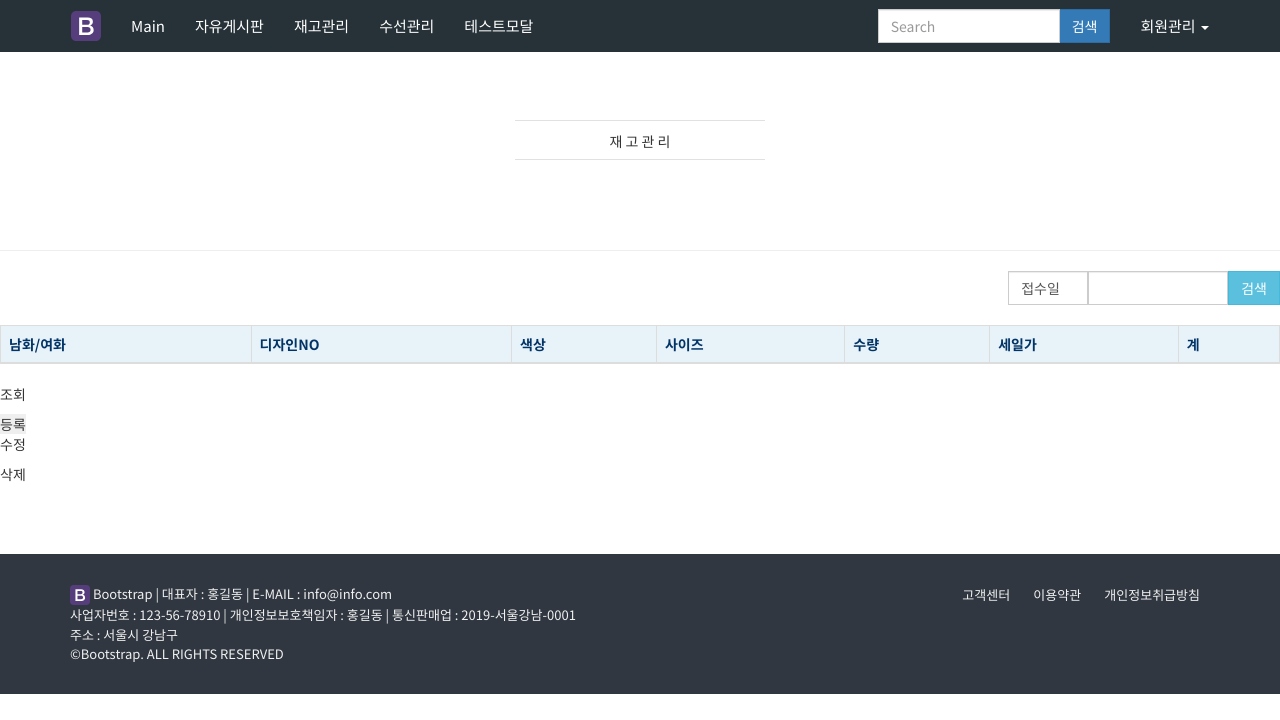
Repository: RattenLegs/Project_Inventory
Page: http://localhost/Project_Inventory/WEB-INF/views/inventoryboard/inventoryList.jsp
The author's editor kept a copy of each file at every save. The page is drawn from the files as they stood at one save, then again after the next save.
The browser window is 1280 px wide. The pictures show the whole page.
Some web libraries are served in a nearby version. The page is served by Tomcat 9. Nobody is signed in. Other server files are loaded and not shown. The template is opened directly, without the code that normally fills it, so the values that code supplies are empty.

Above is the page before, as saved 2023-02-12 14:49:00.

### Project_Inventory/src/main/webapp/WEB-INF/views/inventoryboard/inventoryList.jsp
<%@ page language="java" contentType="text/html; charset=UTF-8"
	pageEncoding="UTF-8"%>
	<%@ taglib uri="http://java.sun.com/jsp/jstl/core" prefix="c" %>
<%@ taglib uri="http://java.sun.com/jsp/jstl/fmt" prefix="fmt" %>

<%@ include file="../../views/include/header.jsp"%>
<title>재고관리 시스템입니다.</title>

<link
	href="${pageContext.request.contextPath}/resources/modal/modal.css"
	rel="stylesheet">

	<section>
		<div class="container-fluid">
			<div class="row">
				<!--lg에서 9그리드, xs에서 전체그리드-->
				<div class="col-lg-9 col-xs-12 board-table">
					<div class="titlebox">
						<p>재 고 관 리</p>
					</div>
				</div>
			</div>
		</div>
		<hr>
		<%@ include file="../../views/repairboard/repairSearchForm.jsp"%>

			<table class="table table-bordered">
				<thead>
					<tr>
						<th>남화/여화</th>
						<th>디자인NO</th>
						<th>색상</th>
						<th>사이즈</th>
						<th>수량</th>
						<th>세일가</th>
						<th>계</th>
					</tr>
				</thead>

				<tbody>
				</tbody>

				<tfoot>
				</tfoot>

			</table>


		<div>
			<p>조회</p>
			<button id="modalOpen">등록</button>
			<p>수정</p>
			<p>삭제</p>
		</div>

		<%@ include file="../../views/inventoryboard/inventoryModalForm.jsp"%>
	</section>
	<%@ include file="../../views/include/footer.jsp"%>

<script
	src="${pageContext.request.contextPath}/resources/modal/modal.js"></script>
</html>

### Project_Inventory/src/main/webapp/WEB-INF/views/include/header.jsp
<%@ page language="java" contentType="text/html; charset=UTF-8"
	pageEncoding="UTF-8"%>
<%@ taglib uri="http://java.sun.com/jsp/jstl/core" prefix="c"%>

<!DOCTYPE html>
<html>
<head>

<meta charset="utf-8">
<meta http-equiv="X-UA-Compatible" content="IE=edge">
<meta name="viewport" content="width=device-width, initial-scale=1">

<!--
		${pageContext.request.contextPath} == <c:url value='' />
	 -->

<link
	href="${pageContext.request.contextPath}/resources/css/bootstrap.css"
	rel="stylesheet">
<script
	src="https://ajax.googleapis.com/ajax/libs/jquery/1.11.2/jquery.min.js"></script>
<!--개인 디자인 추가-->
<link href="${pageContext.request.contextPath}/resources/css/style.css"
	rel="stylesheet">
<script
	src="${pageContext.request.contextPath}/resources/js/bootstrap.js"></script>
</head>


<body>
	<header>
		<div class="container-fluid">
			<div class="row">
				<div class="container">
					<div class="navbar">
						<div class="navbar-header">
							<!--data-toggle 같은 것들은 내부적으로 지원하는 반응형 API기능이므로 지우면 안됩니다-->
							<button type="button" class="navbar-toggle"
								data-toggle="collapse" data-target="#myNavbar">
								<span class="icon-bar"></span> <span class="icon-bar"></span> <span
									class="icon-bar"></span>
							</button>
							<a class="navbar-brand" href="#"><img width="30"
								src="${pageContext.request.contextPath }/resources/img/logo.svg"
								alt="Brand"></a>
						</div>


						<div class="collapse navbar-collapse" id="myNavbar">
							<ul class="nav navbar-nav">
								<li class="active"><a href="<c:url value='/' />">Main</a></li>
								<li><a href="<c:url value='/freeboard/freeList' />">자유게시판</a></li>
								<li><a
									href="<c:url value='/inventoryboard/inventoryList' />">재고관리</a></li>
								<li><a href="<c:url value='/repairboard/repairList' />">수선관리</a></li>
								<li><a href="<c:url value='/testModal/testModalMain' />">테스트모달</a></li>
								<!--
				<li><a href="#">강의</a></li>
                                <li><a href="#">Form</a></li>
                                <li><a href="#">Board</a></li>
 				-->

							</ul>
							<ul class="nav navbar-nav navbar-right">
								<li class="dropdown"><a class="dropdown-toggle"
									data-toggle="dropdown" href="#">회원관리 <span class="caret"></span></a>
									<ul class="dropdown-menu">
										<li><a href="<c:url value='/user/userLogin' />"><span
												class="glyphicon glyphicon-log-in"></span>Login</a></li>
										<li><a href="<c:url value='/user/userJoin' />"><span
												class="glyphicon glyphicon-user"></span></a></li>
										<!--                                         <li><a href="#"><span class="glyphicon glyphicon-user"></span>MyPage</a></li> -->
										<li><a href="#"><span
												class="glyphicon glyphicon-log-out"></span>Logout</a></li>
									</ul></li>
							</ul>

							<form class="navbar-form navbar-right" action="">
								<div class="input-group">
									<input type="text" class="form-control" placeholder="Search">
									<div class="input-group-btn">

										<button class="btn btn-primary" type="submit">검색</button>
									</div>
								</div>
							</form>
						</div>
					</div>
				</div>
			</div>
		</div>
	</header>

### Project_Inventory/src/main/webapp/WEB-INF/views/repairboard/repairSearchForm.jsp
<%@ page language="java" contentType="text/html; charset=UTF-8"
    pageEncoding="UTF-8"%>


		<!-- form을 가져온다 -->
		<form action="<c:url value='/repairboard/repairList' />">
			<div class="search-wrap">
				<button type="submit" class="btn btn-info search-btn">검색</button>
				<input type="text" name="keyword" class="form-control search-input"
					value="${pc.paging.keyword}"> <select
					class="form-control search-select" name="condition">
					<option value="title"
						${pc.paging.condition == 'title' ? 'selected' : ''}>접수일</option>
					<option value="content"
						${pc.paging.condition == 'content' ? 'selected' : ''}>이름</option>
					<option value="writer"
						${pc.paging.condition == 'writer' ? 'selected' : ''}>연락처</option>
					<option value="titleContent"
						${pc.paging.condition == 'titleContent' ? 'selected' : ''}>디자인</option>
					<option value="titleContent"
						${pc.paging.condition == 'titleContent' ? 'selected' : ''}>내용</option>
					<option value="titleContent"
						${pc.paging.condition == 'titleContent' ? 'selected' : ''}>약속일</option>
					<option value="titleContent"
						${pc.paging.condition == 'titleContent' ? 'selected' : ''}>매장재고일</option>
					<option value="titleContent"
						${pc.paging.condition == 'titleContent' ? 'selected' : ''}>납품일</option>
				</select>
			</div>
		</form>

### Project_Inventory/src/main/webapp/WEB-INF/views/inventoryboard/inventoryModalForm.jsp
<%@ page language="java" contentType="text/html; charset=UTF-8"
    pageEncoding="UTF-8"%>


		<div class="background">
			<div class="window">
				<div class="modalyes">
					<form action="/inventoryboard/addInventoryCheck" method="post">
						<fieldset>
							<legend>등록 양식</legend>
							<p>
								<input type="checkbox" name="shoeGender" value="남화"> 남화
								&nbsp; <input type="checkbox" name="shoeGender" value="여화">
								여화 &nbsp; <br> # 디자인NO <input type="text" name="design"
									size="10"> <br> # 색상 <input type="text"
									name="color" size="10"> <br> # 사이즈 <input
									type="text" name="size" size="10"> <br> # 수량 <input
									type="text" name="num" size="10"> <br> # 세일가 <input
									type="text" name="price" size="10"> <br> # 계 <input
									type="text" name="sum" size="10"> <br> <input
									type="submit" value="확인">
							</p>
						</fieldset>

					</form>

					<button id="modalClose">모달 닫기</button>
				</div>
			</div>
		</div>

### Project_Inventory/src/main/webapp/WEB-INF/views/include/footer.jsp
<%@ page language="java" contentType="text/html; charset=UTF-8"
    pageEncoding="UTF-8"%>
    <footer>
        <div class="container">
            <div class="row">
                <div class="col-md-7 col-sm-12">
                    <div class="copyright">
                        <a href="">
                            <img width="20" src="${pageContext.request.contextPath }/resources/img/logo.svg" alt="Brand">
                        </a>
                        Bootstrap | 대표자 : 홍길동 | E-MAIL : info&#64;info.com<br>
                        사업자번호 : 123-56-78910 | 개인정보보호책임자 : 홍길동 | 통신판매업 : 2019-서울강남-0001<br>
                        주소 : 서울시 강남구
                        <address>&copy;Bootstrap. ALL RIGHTS RESERVED</address>
                    </div>
                </div>
                <div class="col-md-5 col-sm-12 text-right">
                    <ul class="footer-menu">
                        <li><a href="#">고객센터</a></li>
                        <li><a href="#">이용약관</a></li>
                        <li><a href="#">개인정보취급방침</a></li>
                    </ul>
                </div>
            </div>
        </div>
    </footer>
    <!-- //footer -->

### Project_Inventory/src/main/webapp/resources/css/style.css
/*=========웹폰트 선언=========*/
@import
	url('https://fonts.googleapis.com/css?family=Noto+Sans+KR&display=swap')
	;
/*===========================*/

/*디자인 시작시 기본 선언*/
* { /* 기본선언: 마딩, 패딩 0, 요소크기에 padding, border값을 포함 x*/
	padding: 0;
	margin: 0;
	box-sizing: border-box;
}

body, html {
	width: 100%;
	min-width: 320px;
	font-family: 'Noto Sans KR', sans-serif; /*웹폰트 사용*/
}

img {
	max-width: 100%; /*사이즈가 변해도 넓이를 유지 */
	height: auto; /*사이즈가 변해도 높이를 유지 */
	/*vertical-align: top;*/
}

input, textarea, button, select {
	/*고유하게 적용되어있는 form관련 요소들을 제거해서 여러브라우저에서 동일한디자인을 얻게함*/
	-webkit-appearance: none;
	-moz-appearance: none;
	appearance: none;
	border: none
}

ul, ol, dl, li {
	list-style: none /*순서 요소들이 리스트스타일을 업앤다 */
}

.btn {
	border-radius: 0px;
}

/*=========헤더=========*/
.carousel-control.right, .carousel-control.left {
	background-image: linear-gradient(to right, rgba(0, 0, 0, .0001) 0%,
		rgba(0, 0, 0, 0) 100%)
}
header {
	position: fixed;
	left: 0;
	top: 0;
	width: 100%;
	z-index: 50; /*position을 이용하면 요소가 겹쳐질 수 있다. 숫자가 제일 높은값이 위로 떠오른다*/
}
header {
	background: #263238;
}

section {
	margin-top: 50px;
}

/*header 의 모든 컨테이너 클래스에 적용함 */
header .container {
	padding: 0;
}
/*navbar의 margin: 0으로 */
.navbar {
	margin-bottom: 0px;
}
/*이미지 위치 조정 */
.navbar-brand {
	padding: 10px 15px;
}
/*nav의 a변경*/
.nav>li>a {
	font-size: 15px;
	color: white;
}
/*na의 a 호버시 기능 변경 */
.nav>li>a:hover, .nav>li>a:focus {
	background-color: #304047;
}

/* 토글메뉴 윤곽색 변경 */
.navbar-toggle {
	border-color: white;
}

.navbar-toggle>.icon-bar {
	background-color: white;
}
/*개발자도구에서 확인후 색깔변경*/
.nav .open>a:focus {
	background-color: #304047;
}
/*부트스트랩의 드롭다운시 a태그 색상변경  */
.dropdown-menu>li>a {
	color: #f5f5f5;
}
/*======슬라이더=======*/
.slide-list {
	padding: 0;
}
/* ===================================
    Footer style
====================================== */
footer {
	margin-top: 70px;
	background-color: #303740;
	padding: 30px 0;
}

footer .copyright {
	font-size: 13px;
	line-height: 20px;
	color: #f1f1f1;
}

footer .copyright address {
	margin-bottom: 0;
}

footer .footer-menu li {
	display: inline-block;
	padding: 0 10px;
}

footer .footer-menu li a {
	display: block;
	color: #f1f1f1;
	font-size: 13px;
}

/*===========본문=========== */
/*섹션전체에 패딩 추가*/
section {
	/*위 60px 나머지 0 */

}

.prod-list, .prod-link {
	border: 1px solid #ddd; /*윤곽 1, 한줄, 색상 */
	display: block; /* 블락요소로 변경 반드시 필요 */
	text-align: center; /*이미지 가운데 정렬*/
	/* position: relative;*/
}
/*기본 부트설정은 좌우 15px임 -> col에 대해 전부 5px로 바꿔버린다*/
.prod-list, .prod-list>li[class*="col-"] {
	padding: 5px;
}

/*호버기능 추가*/
.prod-link:hover {
	border-color: #4285F4;
}

.prod-link>.arrow {
	display: block; /*span은 인라인 요소입니다 인라인요소는 position속성을 사용할수 없습니다*/
	position: absolute;
	/*원래 위치에서 따로 띠어내어 부모위치로 조정한다 width, heigth를 필수로 지정해야한다*/
	left: 15px; /*좌우 위치조정 left, right 중 한개만쓴다*/
	bottom: 15px; /*위아래 위치조정 top, bottom 중한개만 쓴다 */
	width: 36px; /* 넓이값 조정 */
	height: 36px; /* 높이값 조정*/
	line-height: 36px; /*텍스트가 위치에 맞게 높이와 동일하게 설정 */
	background-color: #ccc;
	color: #fff;
	opacity: 1; /*투명도*/
}
/* .hover클래스의 넓이 색상 투명도*/
.prod-link>.hover {
	width: 100px;
	background-color: #4285F4;
	opacity: 0;
}
/*link호버시 arrow클래스를 투명도 0*/
.prod-link:hover>.arrow {
	opacity: 0;
}
/*link호버시 hover클래스를 투명도 1*/
.prod-link:hover>.hover {
	opacity: 1;
}

/*========회원가입 폼 디자인=========*/
/*제목박스(계속사용) */
.titlebox {
	width: 250px;
	text-align: center;
	height: 40px;
	line-height: 40px;
	margin: 70px auto;
	border-top: 1px solid #E1E1E1;
	border-bottom: 1px solid #E1E1E1;
}

.join-form {
	margin: 0 auto;
	/*가운대 정렬방법 하지만 적용되지 않는다. 이유는 col클래스들이 float:left를 들고 있기 때문*/
	float: none; /*플롯을 해제한다. 가운대정렬이 들어간다*/
}
/*조인폼클래스의 form태그의 접근 */
.join-form form {
	border-radius: 8px; /*윤곽 8*/
	padding: 15px; /*모든 패딩 15*/
	/*박스 쉐도우: 그림자가 가로로떨어진간격, 세로로떨어진 간격, 흐릿정도, 그림자색상*/
	box-shadow: 0px 8px 16px rgba(0, 0, 0, 0.15)
}

.input-group-addon {
	padding: 0;
	border: none; /*윤곽 모두 0*/
	border-radius: 0;
}
/*폼컨트롤, 인풋그룹 내부에 모든 버튼 라디우스 0 */
.form-control, .form-group .btn {
	border-radius: 0;
}
/*포커스시 윤곽 색 변경*/
.form-control:focus {
	border-color: #555;
}
/* 핸드폰폼 디자인 */
.input-group .phone1 {
	width: 33.3333%;
}

.input-group .phone2 {
	width: 66.6666%;
}
/*이메일폼 디자인 */
.email-form {
	box-sizing: border-box;
	overflow: hidden;
}

.email-form input {
	width: 33.33%;
	float: left;
}

.email-form select {
	width: 66.66%;
	float: left;
}
/*=========로그인 디자인==========*/
.login-form {
	margin: 0 auto;
	float: none;
}

.login-form form {
	border-radius: 8px; /*윤곽 8*/
	padding: 70px 120px; /*위아래, 좌우*/
	/*박스 쉐도우: 그림자가 가로로떨어진간격, 세로로떨어진 간격, 흐릿정도, 그림자색상*/
	box-shadow: 0px 8px 16px rgba(0, 0, 0, 0.15);
	margin-bottom: 174px; /*화면에 딱맞게 밀어준다*/
}

/*========회원정보 디자인=========*/
.m-control .m-title {
	min-width: 100px; /*화면줄었을때 최소크기*/
	vertical-align: middle; /*가운대 정렬*/
}

.m-control .form-control {
	width: 200px;
	display: inline; /*인라인요소로 변경한다*/
}
/*개발자 도구에서 input-sm의 정렬을 푼다*/
.m-control .input-sm {
	height: auto;
	line-height: normal;
}
/*sel의 크기만 지정*/
.m-control  .sel {
	width: 80px;
}

.m-control .add {
	width: 400px;
}

.titlefoot {
	text-align: center; /*인라인의 텍스트정렬 가운데*/
	margin: 30px auto; /*박스의 가운데정렬*/
	width: 50%; /*크기 50%*/
}

/*==========자게 디자인==========*/
.titlebox {
	width: 250px;
	text-align: center;
	height: 40px;
	line-height: 40px;
	margin: 70px auto;
	border-top: 1px solid #E1E1E1;
	border-bottom: 1px solid #E1E1E1;
}
/*자게 그리드*/
.board-table {
	float: none; /*col의 플로팅 해제 */
	margin: 0 auto;
}
/*---검색버튼--- */
.search-wrap {
	overflow: hidden; /*부모요소에 히든 */
	margin-bottom: 20px;
}

.search-btn, .search-input, .search-select {
	float: right; /*우측 플로팅 */
}

.search-input {
	width: 140px;
}

.search-select {
	width: 80px;
}

/*제목에 클래스를 줘서 강제로 크기 고정*/
.board-title {
	width: 300px;
}
/*th의 순차적 접근 색상변경 */
.table-bordered>thead>tr>th {
	background-color: #E7F2F9;
	color: #003366;
}

/*테이블 안에 a태그에 순차적 접근 */
.table-bordered>tbody>tr>td>a, .table-bordered>tbody>tr>td>a:hover {
	color: black;
}

.pagination {
	margin: 0; /*페이지 네이션의 기본 마진 0*/
}

.text-center .btn {
	float: right; /*오른쪽으로 쌓아서 우측정렬 시킨다*/
	border: 0; /*border스타일 해제*/
	border-radius: 0; /*윤곽 0*/
	padding: 5px 10px; /*버튼 패딩을 페이지네이션과 맞춘다*/
}

/*==========자게 글쓰기==========*/
.titlebox {
	width: 250px;
	text-align: center;
	height: 40px;
	line-height: 40px;
	margin: 70px auto;
	border-top: 1px solid #E1E1E1;
	border-bottom: 1px solid #E1E1E1;
}

.t-control .t-title {
	width: 100px;
	min-width: 100px; /*화면줄었을때 최소크기*/
	vertical-align: middle; /*테이블에서 세로 가운대정렬*/
}

/*input 요소의 넓이만 선택*/
.t-control input {
	width: 200px;
	display: inline; /*인라인요소로 변경한다*/
}

/*개발자 도구에서 input-sm의 정렬을 푼다*/
.t-control .input-sm {
	height: auto;
	line-height: normal;
}
/*td의 아래만 밑줄*/
.t-control td {
	border-bottom: 1px solid #E1E1E1;
}

.titlefoot {
	text-align: center;
	margin: 30px auto; /*박스의 가운데정렬*/
	width: 50%; /*크기 50%*/
}
/*==========자게 상세보기==========*/
.write-wrap {
	margin: 0 auto;
	/*가운대 정렬방법 하지만 적용되지 않는다. 이유는 col클래스들이 float:left를 들고 있기 때문*/
	float: none; /*플롯을 해제한다. 가운대정렬이 들어간다*/
}
/*=======댓글========*/
.reply-wrap {
	background-color: #f5f5f5;
	padding: 15px;
	border: 1px solid #ddd;
	position: relative; /*부모에 relative*/
}

.reply-wrap .reply-image {
	position: absolute; /*자식에서 absolute로 부모요소 위치로 조정*/
	left: 15px;
	top: 15px;
}

.reply-wrap .reply-content {
	padding-left: 60px;
}
/*부트스트랩의 form-control 조정 */
.reply-content>.form-control {
	resize: vertical; /*세로로만 조정가능*/
	width: 100%; /*최대 100%*/
	min-height: 80px; /*최대 넓이*/
	margin-bottom: 10px;
}

.reply-input>.form-control {
	width: 200px;
	margin-bottom: 5px;
}

.reply-group {
	overflow: hidden;
}

.reply-input {
	float: left;
}

.reply-group .right {
	float: right;
}

/*댓글 영역*/
.reply-group small {
	margin-left: 10px;
	height: 20px;
	line-height: 20px;
}

.reply-group small, .reply-group strong {
	float: left;
}

.reply-group a {
	text-decoration: none;
	color: #777;
	float: right;
}
/*댓글창 포커스시 서서히 보이기 */
.reply-content textarea {
	height: 50px;
	transition: height .4s ease-in-out;
}

.reply-content textarea:focus {
	height: 150px;
}
/*==========토글탭 mypage==========*/
.tabs-style {
	background-color: #607D8B;
}
/*탭버튼 아래 마진 50*/
.tabs-style {
	margin-bottom: 50px;
}

.tabs-style>li {
	margin-bottom: 0;
}

.tabs-style li a {
	background-color: #607D8B;
	border: none;
	margin: 0;
	border-radius: 0px;
}

.tabs-style li.active a, .tabs-style li.active a:hover, .tabs-style li.active a:focus
	{
	border: none;
	background-color: #56707D;
	color: #fff;
}

.myInfo {
	margin: 0 auto;
	float: none;
}

.myInfo-inner {
	margin: 0;
	float: none;
}

/*==========mypage check==========*/
.infoCheck {
	margin: 0 auto;
	float: none;
}

.infoCheck-form ul {
	width: 270px;
	margin: 0 auto;
}

.infoCheck-form li {
	position: relative;
	padding-left: 95px;
}

.infoCheck-form li .lab {
	font-size: 20px;
	position: absolute;
	top: 0;
	left: 0;
}

.infoCheck-form input {
	width: 170px;
	margin: 0;
}

.infoCheck .alert {
	margin-bottom: 50px;
	border-radius: 0;
}

.infoCheck-btn {
	width: 270px;
	margin-top: 40px;
	margin: 0 auto;
}

.infoCheck-btn button {
	margin-top: 20px;
	padding: 5px 51.5px;
}

### Project_Inventory/src/main/webapp/resources/img/logo.svg
<svg xmlns="http://www.w3.org/2000/svg" viewBox="0 0 612 612" focusable="false" role="img">
  <title>Bootstrap</title>
  <path fill="#563D7C" d="M612 510c0 56.1-45.9 102-102 102H102C45.9 612 0 566.1 0 510V102C0 45.9 45.9 0 102 0h408c56.1 0 102 45.9 102 102v408z"/>
  <path fill="#FFF" d="M166.3 133h173.5c32 0 57.7 7.3 77 22s29 36.8 29 66.5c0 18-4.4 33.4-13.2 46.2-8.8 12.8-21.4 22.8-37.8 29.8v1c22 4.7 38.7 15.1 50 31.2 11.3 16.2 17 36.4 17 60.8 0 14-2.5 27.1-7.5 39.2-5 12.2-12.8 22.7-23.5 31.5s-24.3 15.8-41 21-36.5 7.8-59.5 7.8h-164V133zm62.5 149.5h102c15 0 27.5-4.2 37.5-12.8s15-20.8 15-36.8c0-18-4.5-30.7-13.5-38s-22-11-39-11h-102v98.6zm0 156.5h110.5c19 0 33.8-4.9 44.2-14.8 10.5-9.8 15.8-23.8 15.8-41.8 0-17.7-5.2-31.2-15.8-40.8s-25.2-14.2-44.2-14.2H228.8V439z"/>
</svg>

### Project_Inventory/src/main/webapp/resources/modal/modal.css
.background {
	position: fixed;
	top: 0;
	left: 0;
	width: 100%;
	height: 100vh;
	background-color: rgba(0, 0, 0, 0.3);
	z-index: 1000;
	/* 숨기기 */
	z-index: -1;
	opacity: 0;
}

.modalOpen {
	opacity: 1;
	z-index: 1000;
	transition: all .5s;
}

.window {
	position: relative;
	width: 100%;
	height: 100%;
}

.modalyes {
	position: absolute;
	top: 50%;
	left: 50%;
	transform: translate(-50%, -50%);
	background-color: #ffffff;
	box-shadow: 0 2px 7px rgba(0, 0, 0, 0.3);
	/* 임시 지정 */
	width: 50%;
	height: 50%;
	/* 초기에 약간 아래에 배치 */
	transform: translate(-50%, -40%);
}

.modalOpen .modalyes {
	transform: translate(-50%, -50%);
	transition: all .5s;
}

### Project_Inventory/src/main/webapp/resources/modal/modal.js
function modalOpen() {
		document.querySelector(".background").className = "background modalOpen";
	}

	function close() {
		document.querySelector(".background").className = "background";
	}

	document.querySelector("#modalOpen").addEventListener("click", modalOpen);
	document.querySelector("#modalClose").addEventListener("click", close);

Loaded but not shown: Project_Inventory/src/main/webapp/resources/css/bootstrap.css (library); Project_Inventory/src/main/webapp/resources/js/bootstrap.js (library)

After the next save:
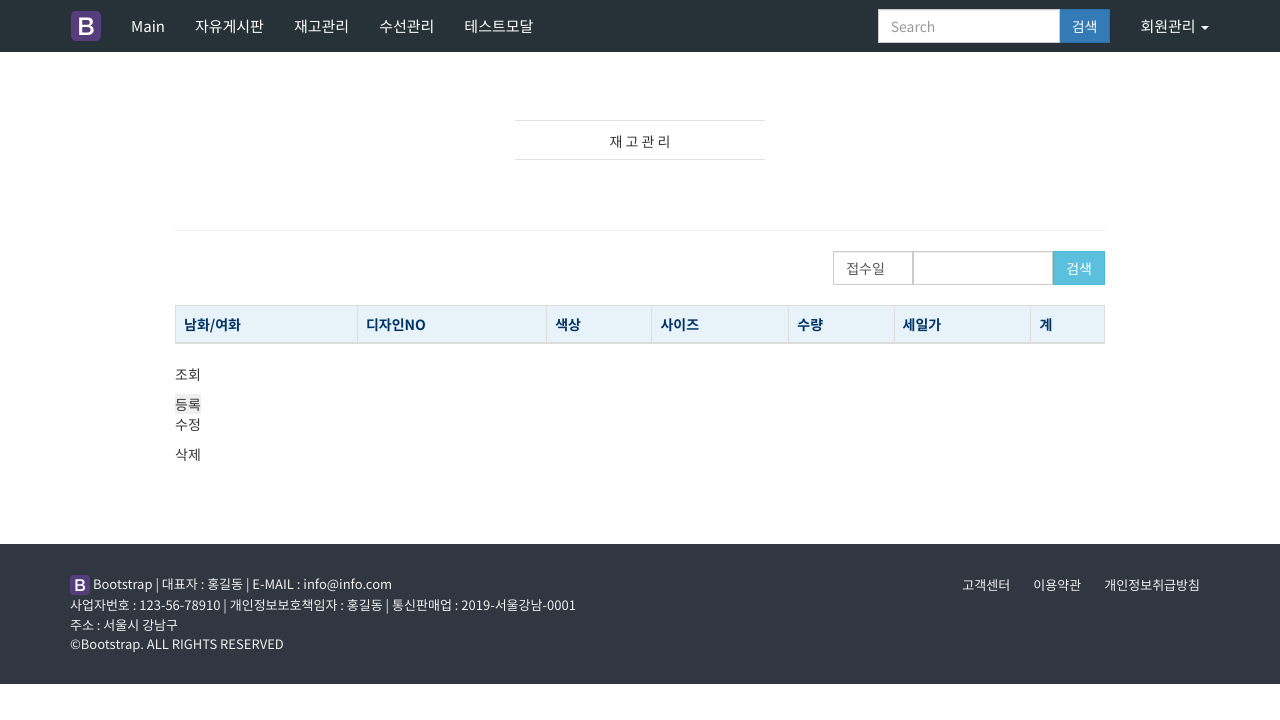
Saved 75 s later.
--- a/Project_Inventory/src/main/webapp/WEB-INF/views/inventoryboard/inventoryList.jsp
+++ b/Project_Inventory/src/main/webapp/WEB-INF/views/inventoryboard/inventoryList.jsp
@@ -18,9 +18,7 @@
 					<div class="titlebox">
 						<p>재 고 관 리</p>
 					</div>
-				</div>
-			</div>
-		</div>
+
 		<hr>
 		<%@ include file="../../views/repairboard/repairSearchForm.jsp"%>
 
@@ -54,6 +52,9 @@
 		</div>
 
 		<%@ include file="../../views/inventoryboard/inventoryModalForm.jsp"%>
+						</div>
+			</div>
+		</div>
 	</section>
 	<%@ include file="../../views/include/footer.jsp"%>
 
